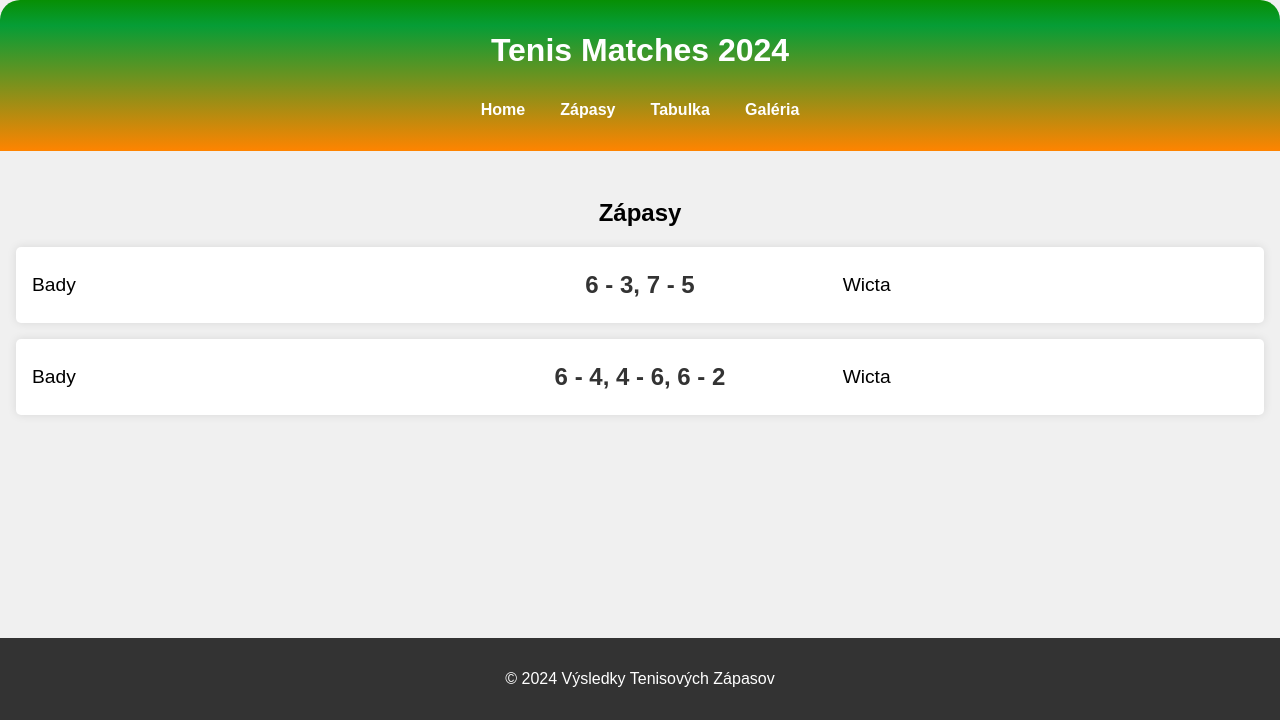
Repository: Badynko/tenis
Page: matches.html
These files come from the project's save history. The page is drawn as it stood at one moment and after the next save; the edit follows.
The browser window is 1280 px wide. The pictures show the whole page.

Above is the page before, as saved 2024-07-23 16:01:57.

After the next save:
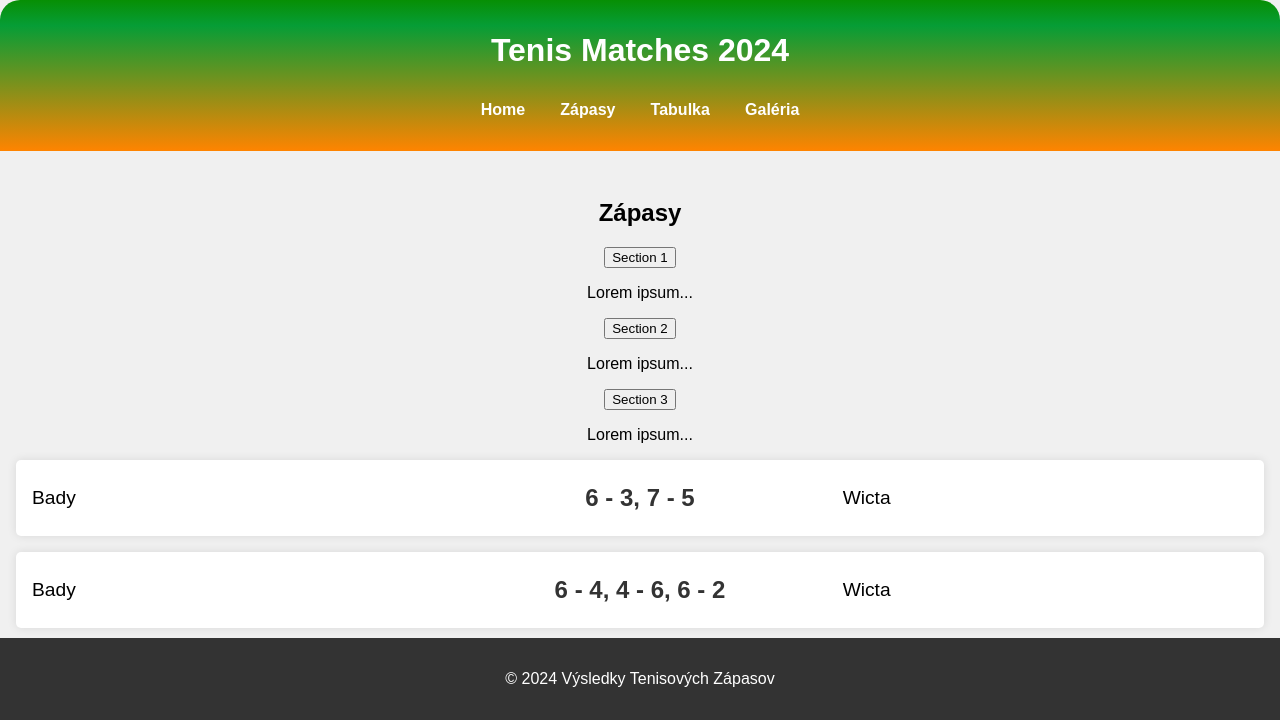
Saved 10 min 45 s later.
--- a/matches.html
+++ b/matches.html
@@ -21,6 +21,21 @@
     <main>
       <section id="zapasy">
         <h2>Zápasy</h2>
+
+        <button class="accordion">Section 1</button>
+        <div class="panel">
+          <p>Lorem ipsum...</p>
+        </div>
+
+        <button class="accordion">Section 2</button>
+        <div class="panel">
+          <p>Lorem ipsum...</p>
+        </div>
+
+        <button class="accordion">Section 3</button>
+        <div class="panel">
+          <p>Lorem ipsum...</p>
+        </div>
         <div class="match">
           <div class="player">Bady</div>
           <div class="score">6 - 3, 7 - 5</div>
